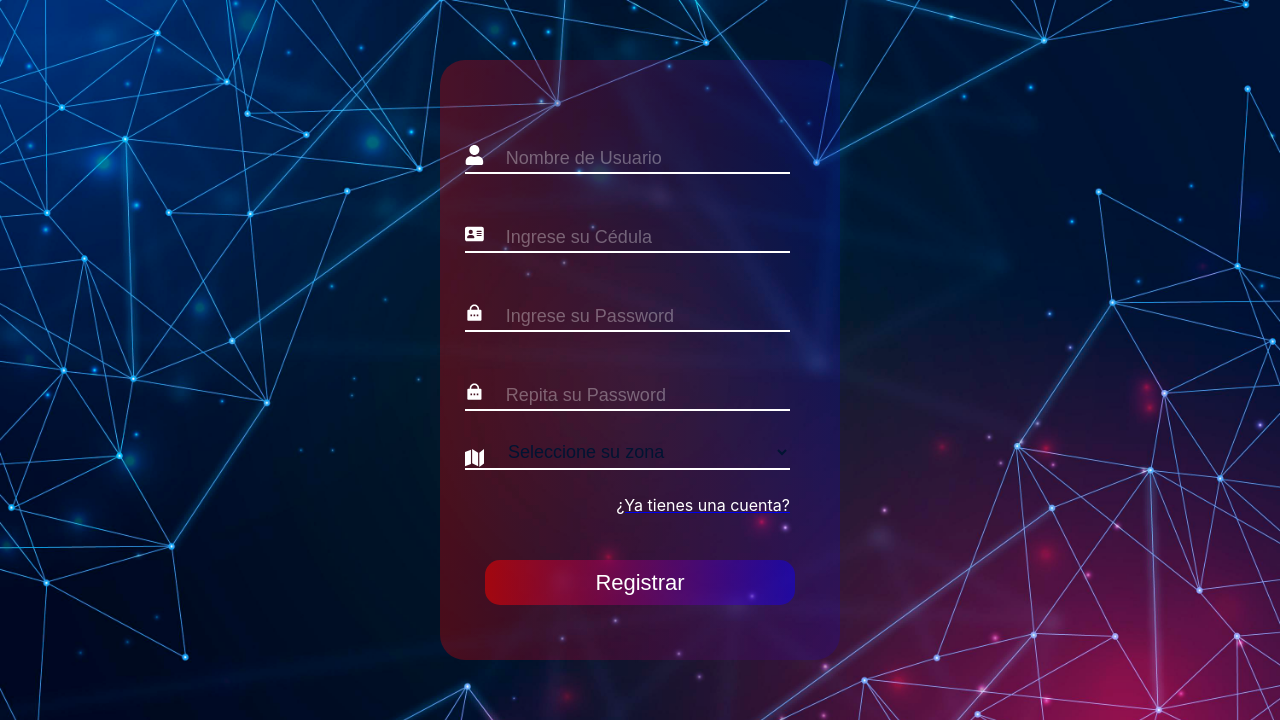
Repository: Davic1o/municipio
Page: /Registro
An editor plug-in stored every save of this project. The page is shown before and after the next save, followed by the edit.
The browser window is 1280 px wide. The pictures show the whole page.
The project was rebuilt for these pictures with package versions that can differ from the ones it lists, and the page was loaded fresh each time. Also part of the build but not shown: src/pages/Login/Login.jsx, src/pages/Administrador/Admin.jsx, src/pages/Coord/Coord.jsx, src/pages/User/User.jsx, src/pages/ConfirmacionRegistro/ConfirmacionRegistro.jsx.

Above is the page before, as saved 2024-02-06 20:43:40.

### src/index.js
import React from 'react';
import ReactDOM from 'react-dom/client';
import './index.css';
import App from './App';
import { BrowserRouter } from 'react-router-dom';

const root = ReactDOM.createRoot(document.getElementById('root'));
root.render(
  <BrowserRouter>
    <App />
   </BrowserRouter>
);

### src/index.css
body {
  margin: 0;
  font-family: -apple-system, BlinkMacSystemFont, 'Segoe UI', 'Roboto', 'Oxygen',
    'Ubuntu', 'Cantarell', 'Fira Sans', 'Droid Sans', 'Helvetica Neue',
    sans-serif;
  -webkit-font-smoothing: antialiased;
  -moz-osx-font-smoothing: grayscale;
}

code {
  font-family: source-code-pro, Menlo, Monaco, Consolas, 'Courier New',
    monospace;
}
input{
  text-decoration: none;
  border: none;
}
button{
  background-color: transparent;
  text-decoration: none;
  border: none;
}

### src/App.jsx

import './App.css';
import Rutas from './routes/Rutas';

function App() {
  return (
    <div className="App">
      <Rutas/>
    </div>
  );
}

export default App;

### src/routes/Rutas.jsx
import React from 'react'
import { Routes, Route } from 'react-router-dom';
import Login from '../pages/Login/Login';
import Admin from '../pages/Administrador/Admin';
import Coord from '../pages/Coord/Coord';
import User from '../pages/User/User';
import Register from '../pages/Register/Register';
import ConfirmacionRegistro from '../pages/ConfirmacionRegistro/ConfirmacionRegistro';


function Rutas() {
  return (


    <Routes>
    <Route exact path="/" element={<Login/>} />
    <Route exact path="/Registro" element={<Register/>} />
    <Route exact path="/ConfirmacionRegistro" element={<ConfirmacionRegistro/>} />
    <Route exact path="/Administrador" element={<Admin/>} />
    <Route path='/Coordinador' element={<Coord/>} />
    <Route path='/Usuario' element={<User/>} />

    </Routes>

  )
}

export default Rutas

### src/pages/Register/Register.jsx
import React, { useState } from 'react';
import { FaUser } from 'react-icons/fa';
import { RiLockPasswordFill } from 'react-icons/ri';
import { FaAddressCard } from "react-icons/fa6";
import { ImMap } from "react-icons/im";
import { Link, useNavigate } from "react-router-dom";
import './register.css';

const Register = () => {
  const Navigate = useNavigate();
  const [username, setUsername] = useState('');
  const [cedula, setCedula] = useState('');
  const [password, setPassword] = useState('');
  const [confirmPassword, setConfirmPassword] = useState('');
  const [zona, setZona] = useState(''); // Nuevo estado para la zona
  const [errorMessage, setErrorMessage] = useState('');

  const validarFormulario = () => {
    if (password !== confirmPassword) {
      setErrorMessage('Las contraseñas no coinciden');
      alert('Las contraseñas no coinciden');
      limpiarCampos();
      return false;
    }

    if (!username || !cedula || !password || !confirmPassword || !zona) {
      setErrorMessage('Por favor, complete todos los campos.');
      alert('Por favor, complete todos los campos.');
      return false;
    }

    setErrorMessage('');
    return true;
  };

  const limpiarCampos = () => {
    setUsername('');
    setCedula('');
    setPassword('');
    setConfirmPassword('');
    setZona(''); // Limpiar el campo de la zona también
  };

  const handleRegistroClick = () => {
    if (validarFormulario()) {
      // Crear un objeto con la información del usuario
      const userInfo = {
        username,
        cedula,
        password,
        confirmPassword,
        zona,
      };

      console.log(userInfo);

      // Realizar acciones adicionales para el registro

      // Pasar userInfo como estado en Navigate
      Navigate('/ConfirmacionRegistro', { state: { userInfo } });

      // Limpia los campos después del registro exitoso
      limpiarCampos();
    }
  };

  return (
    <div className="login__container">
      <div className="register__recuadro">
        <div className="register__formulario">
          <div className="contenedor__nombre">
            <FaUser className="icon__nombre" />
            <input
              type="text"
              className="inp__nombre"
              placeholder="Nombre de Usuario"
              value={username}
              onChange={(e) => setUsername(e.target.value)}
            />
          </div>
          <div className="contenedor__nombre">
            <FaAddressCard className="icon__password" />
            <input
              type="text"
              className="inp__nombre"
              placeholder="Ingrese su Cédula"
              value={cedula}
              onChange={(e) => setCedula(e.target.value)}
            />
          </div>
          <div className="contenedor__password">
            <RiLockPasswordFill className="icon__password" />
            <input
              type="password"
              className="inp__password"
              placeholder="Ingrese su Password"
              value={password}
              onChange={(e) => setPassword(e.target.value)}
            />
          </div>
          <div className="contenedor__password">
            <RiLockPasswordFill className="icon__password" />
            <input
              type="password"
              className="inp__password"
              placeholder="Repita su Password"
              value={confirmPassword}
              onChange={(e) => setConfirmPassword(e.target.value)}
            />
          </div>
          <div className="contenedor__zona">
          <ImMap className="icon__password" />
            <select
              id="zona"
              value={zona}
              onChange={(e) => setZona(e.target.value)}
            >
              <option className='primer__opcion' value="">Seleccione su zona</option>
              <option value="norte">Zona Norte</option>
              <option value="sur">Zona Sur</option>
              <option value="centro">Zona Centro</option>
            </select>
          </div>
          <div className="contenedor__registrar">
            <Link to={'/'}>
              <label htmlFor="" className="lbl__registrar">
                ¿Ya tienes una cuenta?
              </label>
            </Link>
          </div>
          <div className="contendor__ingresar">
            <button className="btn__ingresar" onClick={handleRegistroClick}>
              Registrar
            </button>
          </div>
        </div>
      </div>
    </div>
  );
};

export default Register;

### src/pages/Login/login.css
.login__container {
    background-image:  url('../../images/fondo_informacion.jpg');
    background-size: cover;
    height: 100vh;
    width: 100vw;
    box-sizing: border-box;
    display: flex;
    align-items: center;
    justify-content: center;
    z-index: 0;
}
.login__recuadro{
    width: 400px;
    height: 600px;
    border-radius: 25px;
    background: linear-gradient(to right, rgba(253, 0, 0, 0.288) 1%, rgba(16, 0, 235, 0.171));
}
.login__formulario{
    margin-top: 200px;
}
.contenedor__nombre, .contenedor__password{
    padding-top: 25px;
    width: 325px;
    margin: 25px;
    display: flex;
    border-bottom: 2px solid white ;
}
.icon__nombre, .icon__password{
    margin-right: 20px;
    font-size: 20px;
    background-color: transparent;
    color: white;
}
.inp__nombre, .inp__password{

    background-color: transparent;
    width: 300px;
    height: 25px;
    font-size: 18px;
    color: white;
}
.inp__nombre::placeholder, .inp__password::placeholder{
    font-size: 18px;
color: rgba(255, 255, 255, 0.336);
}
.inp__nombre:focus, .inp__password:focus{
    outline: none;
    font-size: 18px;
    border: none;
    color: white;
}
.contenedor__recuerdame{
    width: 325px;
    margin: 25px;
    display: flex;
}
.inp__recuerdame{
    transform: scale(1.5);
    margin-right: 20px;
}
.lbl__recuerdame{
    font-size: 18px;
    color: white;
}
.contenedor__registrar{
    width: 325px;
    margin: 25px;
    display: flex;
    justify-content: right;
}
.lbl__registrar{
    color: white;
}
.lbl__registrar:hover{
    color: blue;
    cursor: pointer;
}
.contendor__ingresar{

    background: linear-gradient(to right, rgba(253, 0, 0, 0.514) 1%, rgba(16, 0, 235, 0.514));
    border-radius: 15px;
    margin: 45px;
    display: flex;
    justify-content: center;
}
.btn__ingresar{
    height: 45px;
    color: white;
    font-size: 22px;
    cursor: pointer;

}

### src/pages/Register/register.css

.register__recuadro{
    width: 400px;
    height: 600px;
    border-radius: 25px;
    background: linear-gradient(to right, rgba(253, 0, 0, 0.288) 1%, rgba(16, 0, 235, 0.171));
}
.register__formulario{
    margin-top: 60px;
}

.contenedor__zona {
    width: 325px;
    margin: 25px;
    display: flex;
    align-items: flex-end; /* Alinea el contenido a la derecha */
    border-bottom: 2px solid white;
  }

  .contenedor__zona select {
    width: 300px;
    margin: 0px;
    font-size: 18px;
    background-color: transparent;
    color: rgb(0, 20, 50);
    border: none;
    padding-top: 5px;
    padding-bottom: 5px;
  }

  /* Estilo para la primera opción (placeholder) del select */
  .contenedor__zona select option[value=""]:first-child {
    color: #FF0000; /* Puedes ajustar el color según tus preferencias */
  }

  /* Estilo cuando el select no está enfocado */
  .contenedor__zona select:not(:focus) {
    background-color: transparent; /* Color de fondo cuando el select no está enfocado */
  }

  /* Estilo cuando el select está enfocado */
  .contenedor__zona select:focus {
    outline: none;
    border-bottom: 2px solid rgba(255, 255, 255, 0); /* Cambia el color del borde cuando el select está enfocado */
    background-color: #ffcccb; /* Color de fondo cuando el select está abierto */
  }

  /* Estilo para la primera opción (placeholder) cuando el select está enfocado */
  .contenedor__zona select:focus option[value=""]:first-child {
    color: #FF0000; /* Puedes ajustar el color según tus preferencias */
  }

Loaded but not shown: public/index.html (common file); src/App.css (common file)

After the next save:
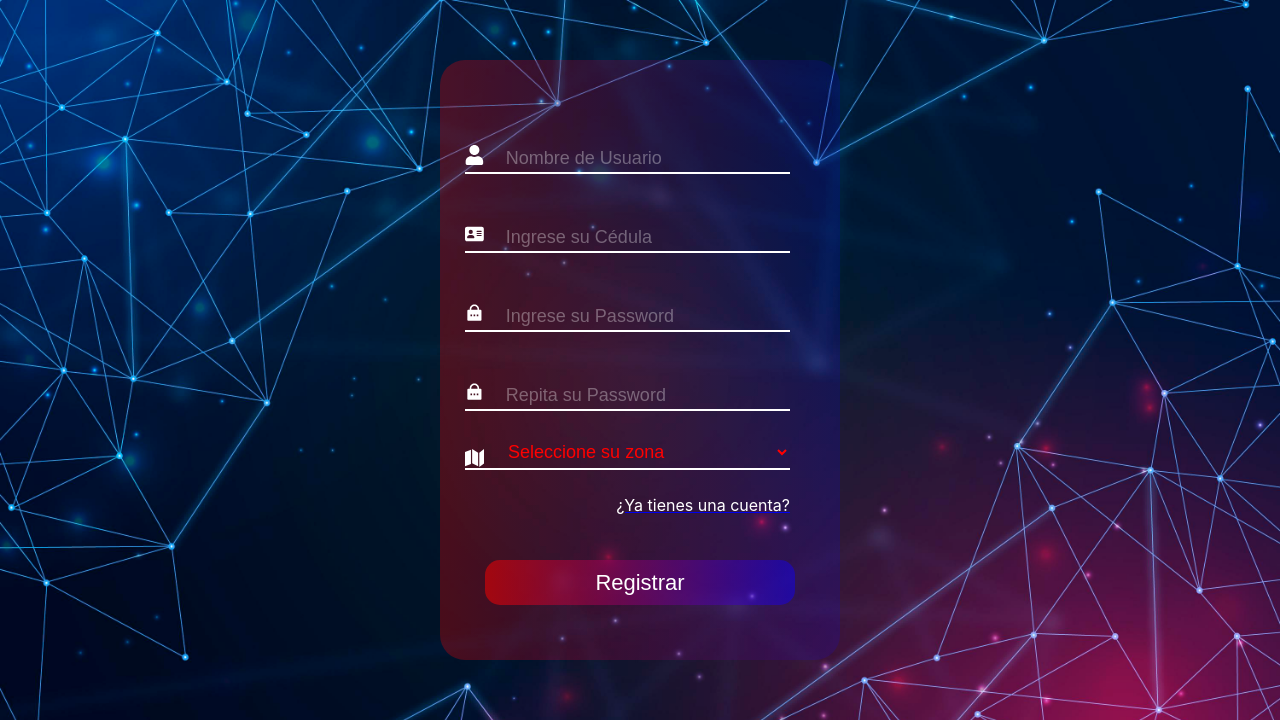
Saved 22 s later.
--- a/src/pages/Register/register.css
+++ b/src/pages/Register/register.css
@@ -35,7 +35,8 @@
 
   /* Estilo cuando el select no está enfocado */
   .contenedor__zona select:not(:focus) {
-    background-color: transparent; /* Color de fondo cuando el select no está enfocado */
+    background-color: transparent;
+    color: #FF0000; /* Color de fondo cuando el select no está enfocado */
   }
 
   /* Estilo cuando el select está enfocado */
